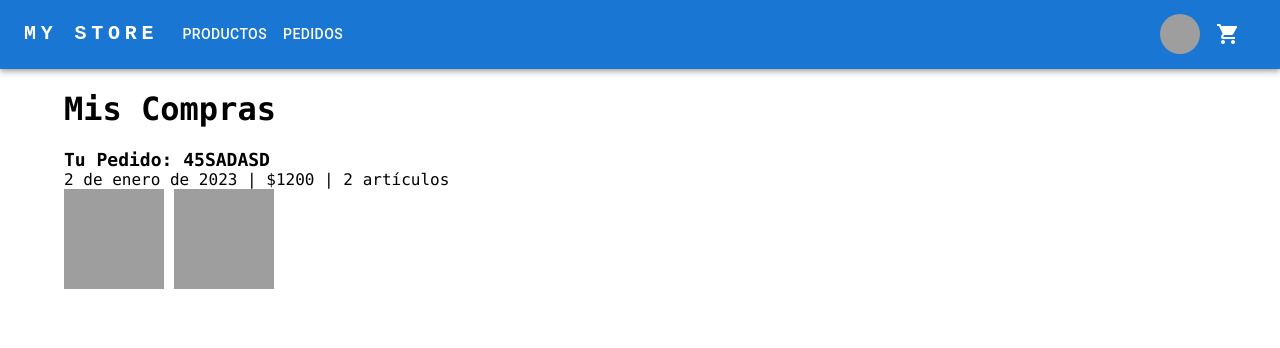
Repository: DanielBorussia/front-my-store
Page: /OrderList
These files come from the project's save history. The page is drawn as it stood at one moment and after the next save; the edit follows.
The browser window is 1280 px wide. The pictures show the whole page.
Pictures or frames that could not be fetched are drawn as grey boxes. The project was rebuilt for these pictures with package versions that can differ from the ones it lists, and the page was loaded fresh each time. Also part of the build but not shown: src/components/OrderItem.js, src/containers/MyOrderPreview.js, src/components/ProductItem.js, src/hooks/useGetProducts.js, src/shared/Loading.js, src/containers/ProductList.js, src/pages/Home.js.

Above is the page before, as saved 2023-07-01 16:47:35.

After the next save:
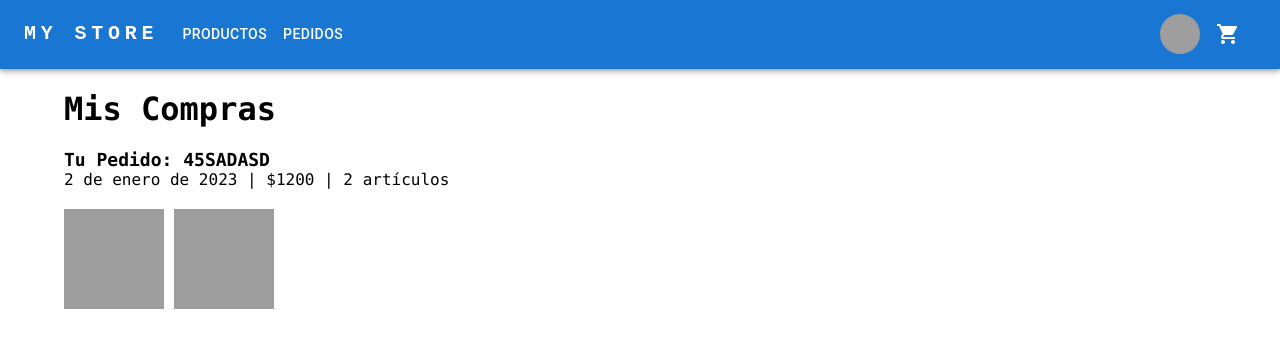
Saved 15 s later.
--- a/src/styles/ShoppingItem.scss
+++ b/src/styles/ShoppingItem.scss
@@ -7,7 +7,7 @@
         }
     }
 
-    .shoppingItem__info--detail{
+    .shoppingItem__info--details{
         margin-bottom: 20px;
     }
 
